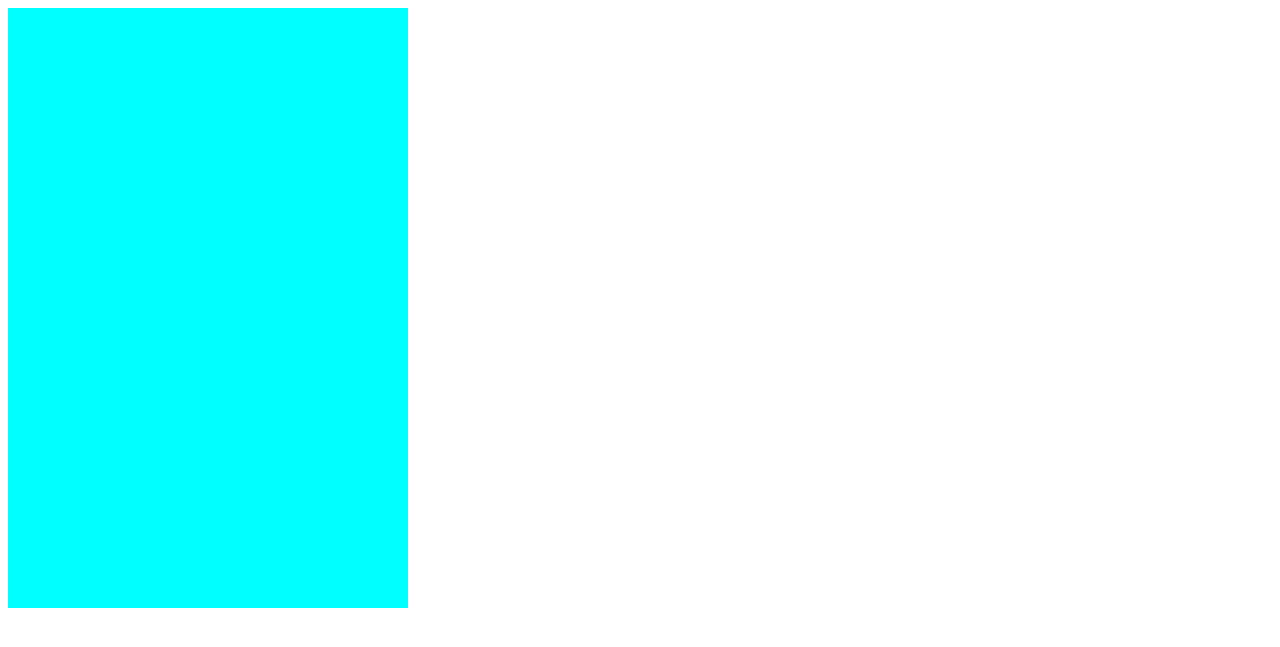
Repository: sara55m/Counter_App
Page: index.html
An editor plug-in stored every save of this project. The page is shown before and after the next save, followed by the edit.
The browser window is 1280 px wide. The pictures show the whole page.

Above is the page before, as saved 2024-07-30 01:31:53.

After the next save:
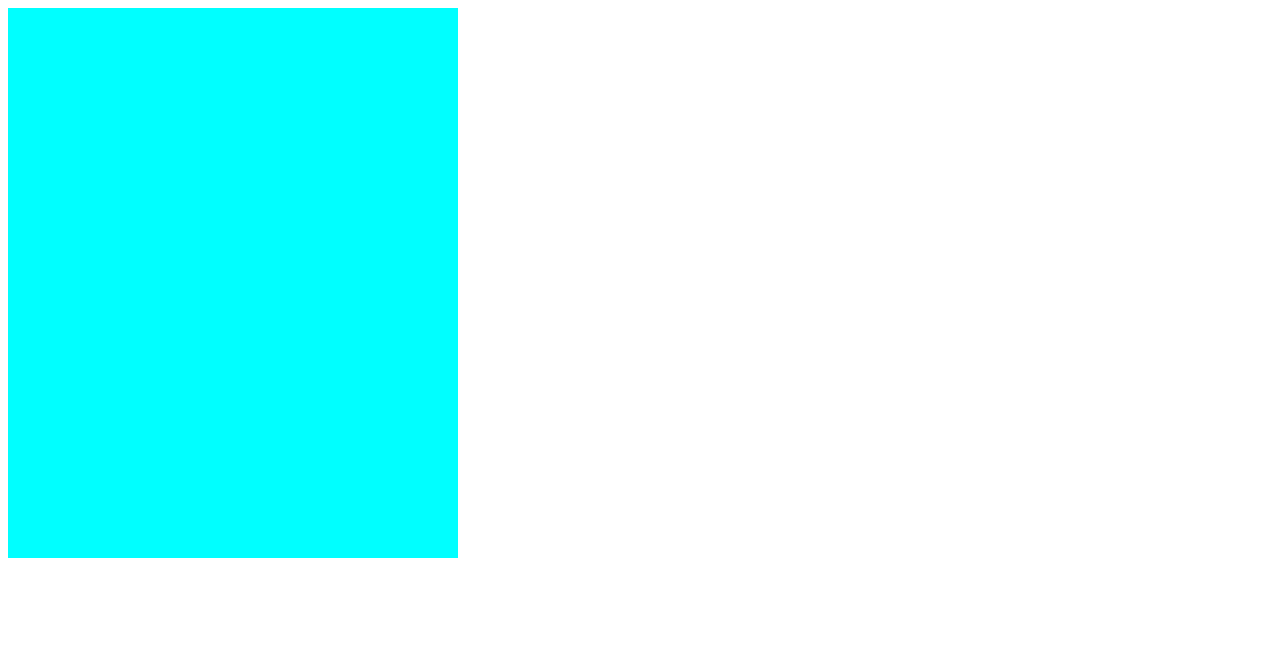
Saved 16 s later.
--- a/css/style.css
+++ b/css/style.css
@@ -1,5 +1,5 @@
 .container{
-    height:600px;
-    width:400px;
+    height:550px;
+    width:450px;
     background-color: aqua;
 }
